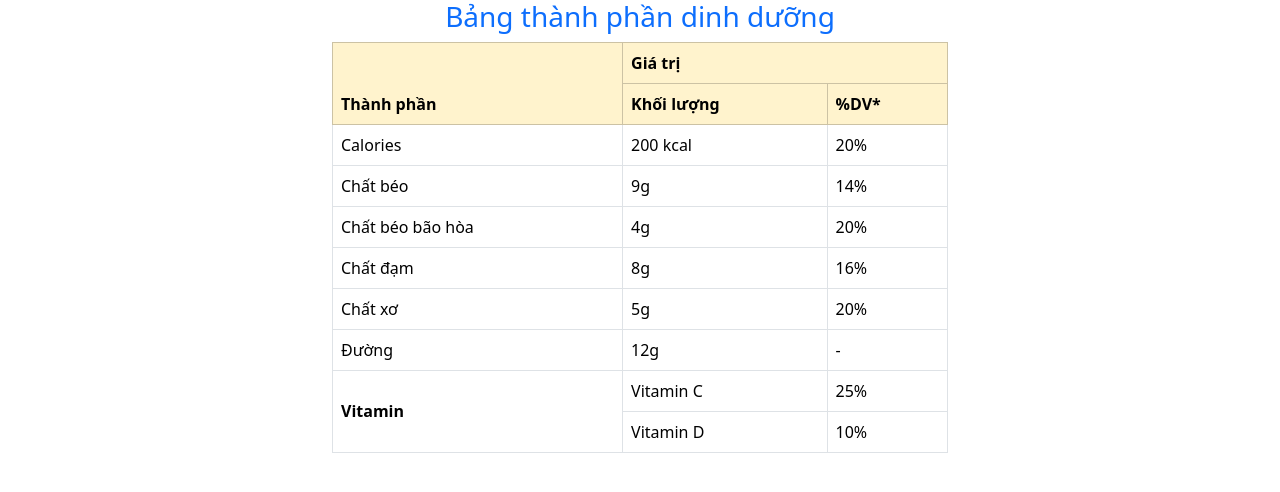
Repository: KizukoHeiwa/SOF308
Page: Lab2/bai1.html
The author's editor kept a copy of each file at every save. The page is drawn from the files as they stood at one save, then again after the next save.
The browser window is 1280 px wide. The pictures show the whole page.

Above is the page before, as saved 2024-11-07 10:11:52.

### Lab2/bai1.html
<!DOCTYPE html>
<html lang="en">

<head>
    <meta charset="UTF-8">
    <meta name="viewport" content="width=device-width, initial-scale=1.0">
    <title>FPT Polytechnic</title>
</head>

<body>
    <div class="container-fluid w-50">
        <h3 class="text-center text-primary">Bảng thành phần dinh dưỡng</h3>
        <table class="table table-bordered align-middle">
            <thead class="table-warning ">
                <tr>
                    <th rowspan="2">Thành phần</th>
                    <th colspan="2">Giá trị</th>
                </tr>
                <tr>
                    <th>Khối lượng</th>
                    <th>%DV*</th>
                </tr>
            </thead>
            <tbody>
                <tr>
                    <td>Calories</td>
                    <td>200 kcal</td>
                    <td>20%</td>
                </tr>
                <tr>
                    <td>Chất béo</td>
                    <td>9g</td>
                    <td>14%</td>
                </tr>
                <tr>
                    <td>Chất béo bão hòa</td>
                    <td>4g</td>
                    <td>20%</td>
                </tr>
                <tr>
                    <td>Chất đạm</td>
                    <td>8g</td>
                    <td>16%</td>
                </tr>
                <tr>
                    <td>Chất xơ</td>
                    <td>5g</td>
                    <td>20%</td>
                </tr>
                <tr>
                    <td>Đường</td>
                    <td>12g</td>
                    <td>-</td>
                </tr>
                <tr>
                    <th rowspan="2">Vitamin</th>
                    <td>Vitamin C</td>
                    <td>25%</td>
                </tr>
                <tr>
                    <td>Vitamin D</td>
                    <td>10%</td>
                </tr>
            </tbody>
        </table>
    </div>

    <link href="https://cdn.jsdelivr.net/npm/bootstrap@5.3.3/dist/css/bootstrap.min.css" rel="stylesheet">
    <link rel="stylesheet" href="https://cdnjs.cloudflare.com/ajax/libs/font-awesome/6.0.0-beta3/css/all.min.css">
    <script src="https://cdn.jsdelivr.net/npm/bootstrap@5.3.3/dist/js/bootstrap.bundle.min.js"></script>
</body>

</html>

After the next save:
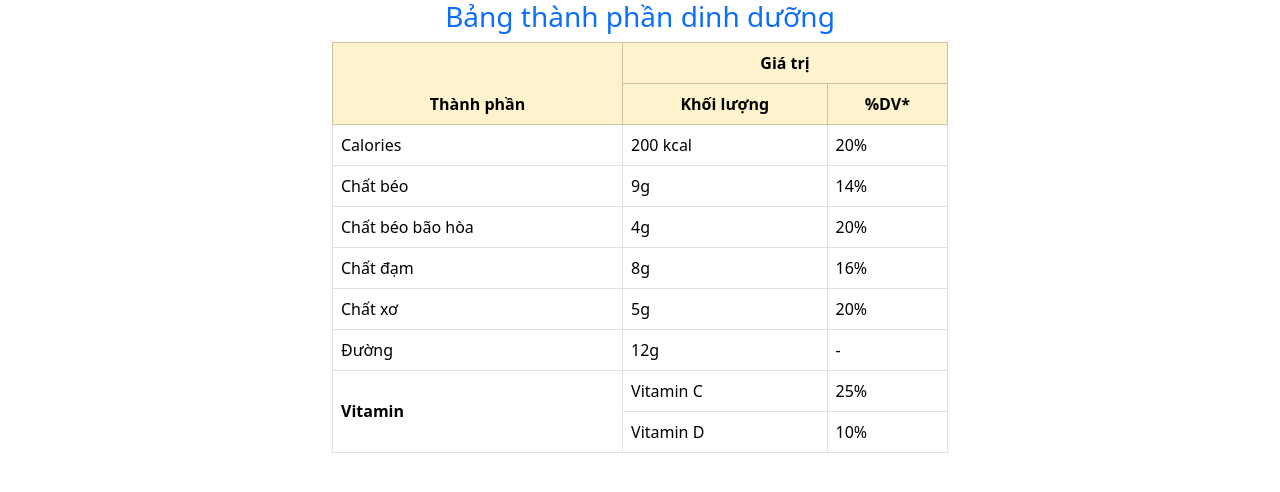
Saved 22 s later.
--- a/Lab2/bai1.html
+++ b/Lab2/bai1.html
@@ -11,7 +11,7 @@
     <div class="container-fluid w-50">
         <h3 class="text-center text-primary">Bảng thành phần dinh dưỡng</h3>
         <table class="table table-bordered align-middle">
-            <thead class="table-warning ">
+            <thead class="table-warning text-center">
                 <tr>
                     <th rowspan="2">Thành phần</th>
                     <th colspan="2">Giá trị</th>
